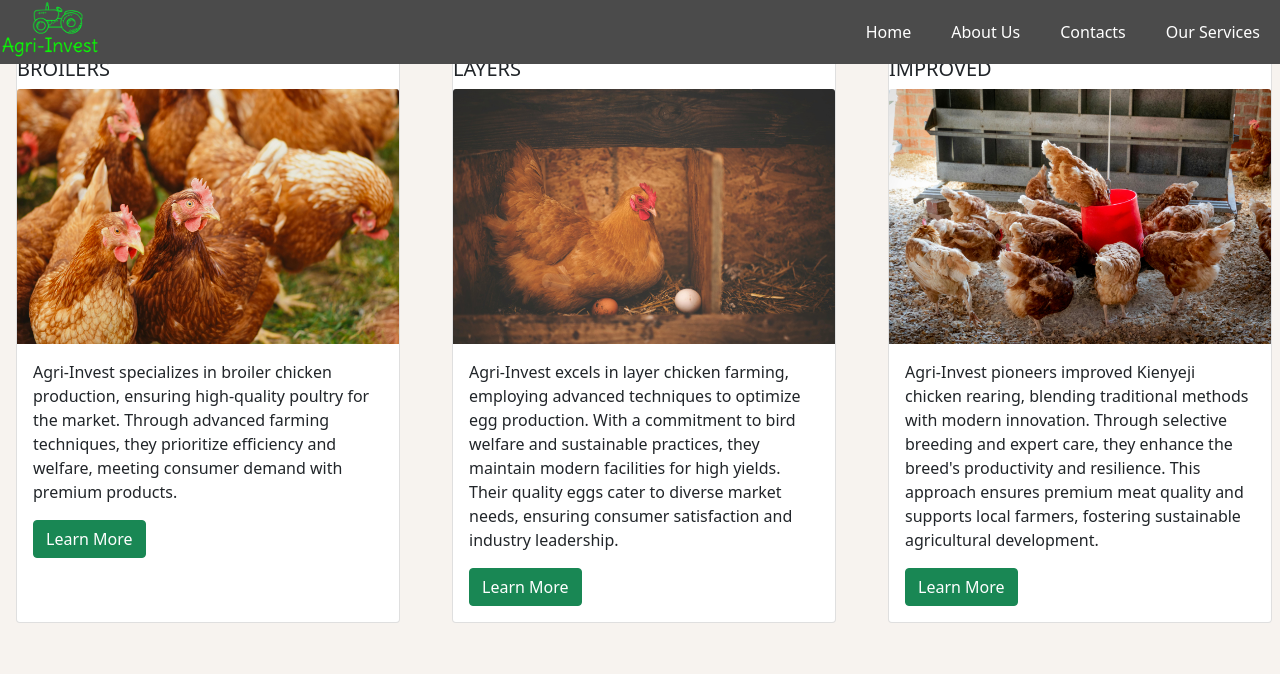
Repository: Allevandrose/Agri-invest
Page: poultry.html
The author's editor kept a copy of each file at every save. The page is drawn from the files as they stood at one save, then again after a run of saves.
The browser window is 1280 px wide. The pictures show the whole page.

Above is the page before, as saved 2024-04-13 15:47:21.

### poultry.html
<!DOCTYPE html>
<html lang="en">

<head>
    <meta charset="UTF-8">
    <link href="https://cdn.jsdelivr.net/npm/bootstrap@5.0.2/dist/css/bootstrap.min.css" rel="stylesheet" integrity="sha384-EVSTQN3/azprG1Anm3QDgpJLIm9Nao0Yz1ztcQTwFspd3yD65VohhpuuCOmLASjC" crossorigin="anonymous">
    <meta name="viewport" content="width=device-width, initial-scale=1.0">
    <link rel="stylesheet" href="poultry.css">
    <title>Document</title>
</head>

<body>
    <h1 class="h1">Poultry Page</h1>
    <!-- nav bar -->
    <nav>
        <div class="nav1">
            <img src="poultry images/logo.png" alt="logo" class="logo">
        </div>
        <div class="nav2">
            <div><a href="#">Home</a></div>
            <div><a href="#">About Us</a></div>
            <div><a href="#">Contacts</a></div>
            <div><a href="#">Our Services</a></div>
        </div>
    </nav>

    <div class="card-container d-flex flex-row">
        <div class="card mr-2" style="width: 24rem;">
            <h5 class="card-title"> BROILERS</h5>
            <img src="poultry images/chick1.jpg" class="card-img-top" alt="...">
            <div class="card-body">
                <p class="card-text">Agri-Invest specializes in broiler chicken production, ensuring high-quality poultry for the market. Through advanced farming techniques, they prioritize efficiency and welfare, meeting consumer demand with premium products. </p>
                <a href="#" class="btn btn-success">Learn More</a>
            </div>
        </div>
        <div class="card mr-2" style="width: 24rem;">
            <h5 class="card-title">LAYERS</h5>
            <img src="poultry images/chick2.jpg" class="card-img-top" alt="...">
            <div class="card-body">
                <p class="card-text">Agri-Invest excels in layer chicken farming, employing advanced techniques to optimize egg production. With a commitment to bird welfare and sustainable practices, they maintain modern facilities for high yields. Their quality eggs cater
                    to diverse market needs, ensuring consumer satisfaction and industry leadership.</p>
                <a href="#" class="btn btn-success">Learn More</a>
            </div>
        </div>
        <div class="card mr-2" style="width: 24rem;">
            <h5 class="card-title">IMPROVED</h5>
            <img src="poultry images/chick3.jpg" class="card-img-top" alt="...">
            <div class="card-body">

                <p class="card-text">Agri-Invest pioneers improved Kienyeji chicken rearing, blending traditional methods with modern innovation. Through selective breeding and expert care, they enhance the breed's productivity and resilience. This approach ensures premium
                    meat quality and supports local farmers, fostering sustainable agricultural development.</p>
                <a href="#" class="btn btn-success">Learn More</a>
            </div>
        </div>




        <!-- script tag -->
        <script src="https://cdn.jsdelivr.net/npm/bootstrap@5.0.2/dist/js/bootstrap.bundle.min.js" integrity="sha384-MrcW6ZMFYlzcLA8Nl+NtUVF0sA7MsXsP1UyJoMp4YLEuNSfAP+JcXn/tWtIaxVXM" crossorigin="anonymous"></script>
</body>

</html>

### poultry.css
body {
    background-color: rgb(247, 243, 239);
}

.h1 {
    color: green;
}

.card-container {
    display: flex;
    flex-wrap: wrap;
    justify-content: space-between;
    margin-left: 16px;
    margin-right: 8px;
}

nav {
    position: fixed;
    top: 0;
    z-index: 1;
    width: 100%;
    background-color: #4b4b4b;
    display: flex;
    justify-content: space-between;
    flex-wrap: wrap;
}

.logo {
    width: 40%;
}

.nav2 {
    display: flex;
    flex-direction: row;
    justify-content: space-evenly;
    align-items: center;
    flex-wrap: wrap;
}

.nav2 a {
    display: flex;
    color: white;
    align-items: center;
    text-decoration: none;
    padding: 20px;
}

.nav2 a:hover {
    color: rgb(17, 235, 17);
}

.card-

After the next 2 saves:
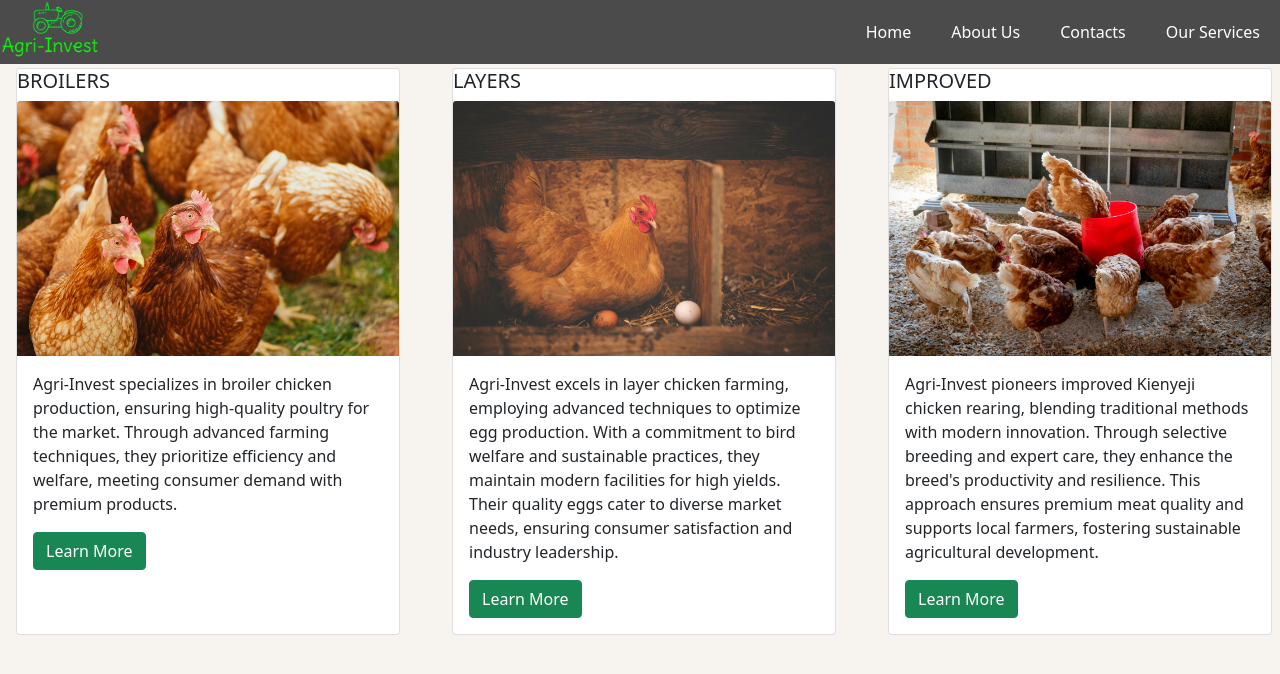
The 2 saves are shown as one change because they came seconds apart.
The last was saved 14 s later.
--- a/poultry.css
+++ b/poultry.css
@@ -49,4 +49,6 @@ nav {
     color: rgb(17, 235, 17);
 }
 
-.card-
+.card-container {
+    margin-top: 20px;
+}
